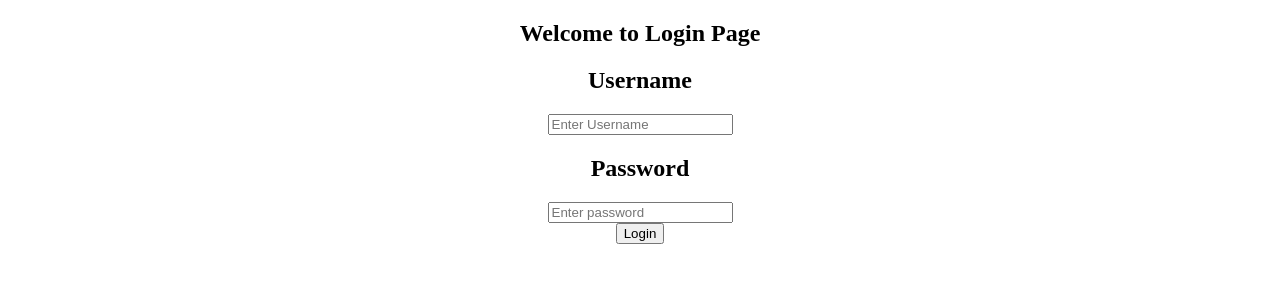
Repository: Avi7050/Web-Projects
Page: Login_Project/src/main/webapp/index.html
The author's editor kept a copy of each file at every save. The page is drawn from the files as they stood at one save, then again after the next save.
The browser window is 1280 px wide. The pictures show the whole page.

Above is the page before, as saved 2024-01-10 12:02:59.

### Login_Project/src/main/webapp/index.html
<!DOCTYPE html>
<html>
<head>
	<meta charset="UTF-8">
	<title>Login Project</title>
</head>
<body>
		<header>
			<div style="text-align: center;">
				<h2>Welcome to Login Page</h2>
			</div>
		</header>
	<main>
		<div style="text-align: center;">
			<h2>Username </h2>
			<input type="text" name="userName" placeholder="Enter Username"/><br>
			<h2>Password </h2>
			<input type="password" name="password" placeholder="Enter password"/><br>
			<button>Login</button>
		</div>
	</main>
</body>
</html>

After the next save:
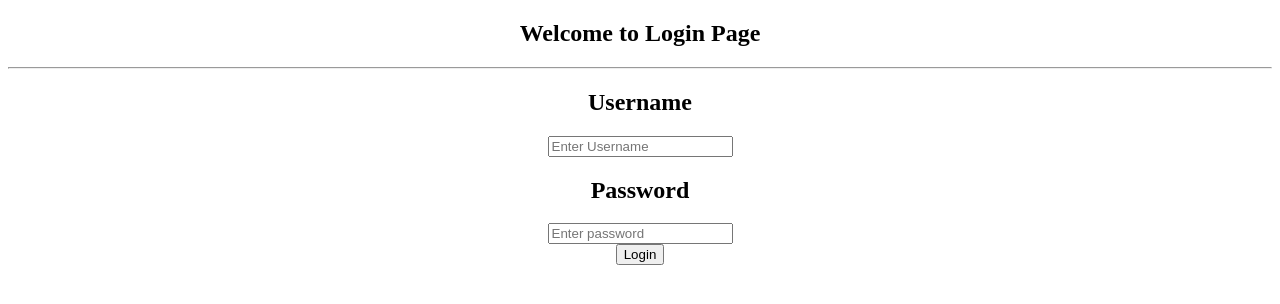
Saved 26 s later.
--- a/Login_Project/src/main/webapp/index.html
+++ b/Login_Project/src/main/webapp/index.html
@@ -7,7 +7,7 @@
 <body>
 		<header>
 			<div style="text-align: center;">
-				<h2>Welcome to Login Page</h2>
+				<h2>Welcome to Login Page</h2><hr>
 			</div>
 		</header>
 	<main>
